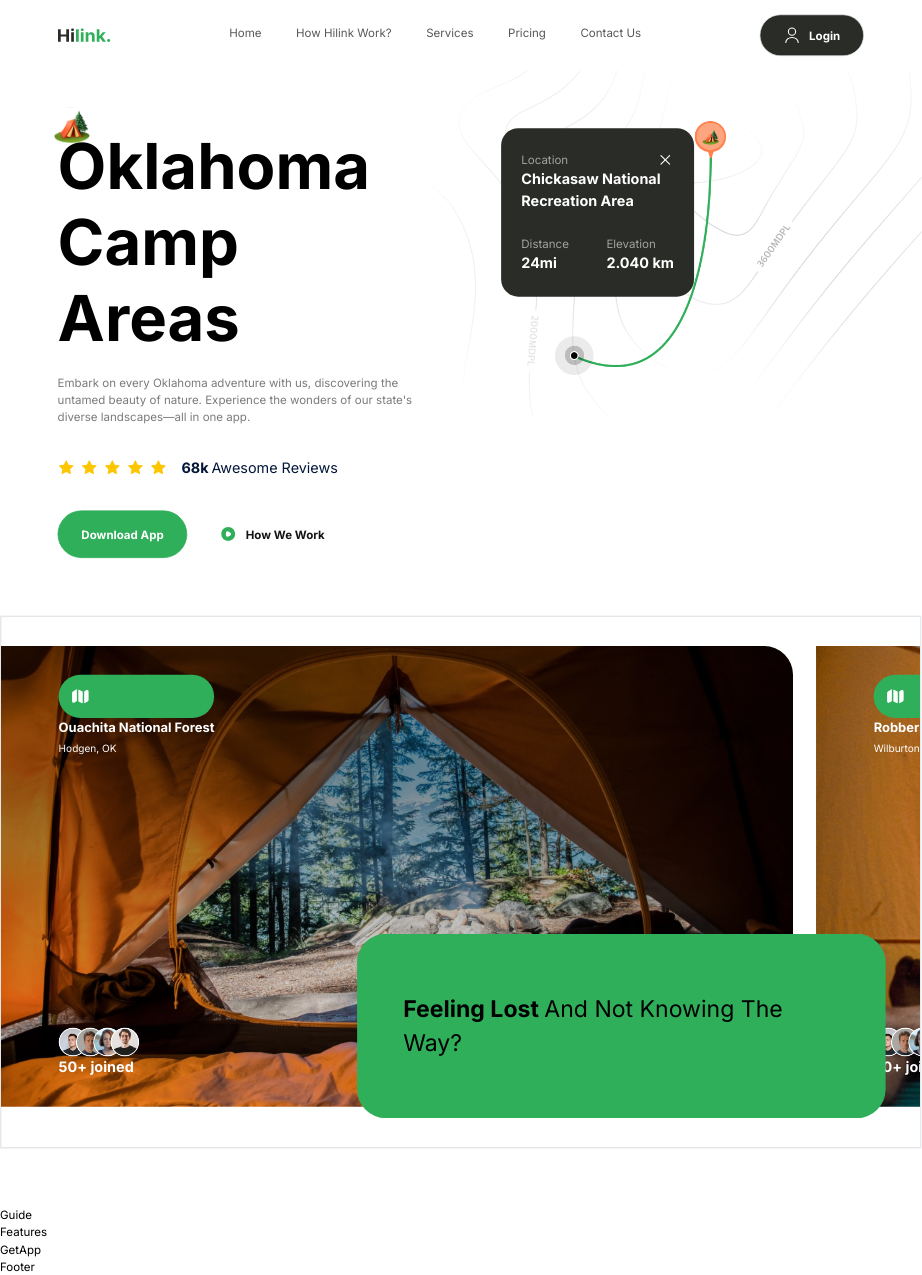
Repository: MikeeBuilds/camp
Page: /
An editor plug-in stored every save of this project. The page is shown before and after the next save, followed by the edit.
The browser window is 1280 px wide. The pictures show the whole page, at 72% of full size.
The project was rebuilt for these pictures with package versions that can differ from the ones it lists, and the page was loaded fresh each time. The framework's server and built-in components were replaced by stand-ins that run in the browser. Also part of the build but not shown: next.config.js.

Above is the page before, as saved 2023-11-24 22:23:35.

### app/layout.tsx
import type { Metadata } from 'next'

import './globals.css'
import Navbar from '@/components/Navbar'
import Footer from '@/components/Footer'


export const metadata: Metadata = {
  title: 'Travel',
  description: 'Travel UI/UX App for camping',
}

export default function RootLayout({
  children,
}: {
  children: React.ReactNode
}) {
  return (
    <html lang="en">
      <body className="">
        <Navbar/>
        <main className='relative overflow-hidden'>
        {children}
        </main>
        <Footer/>
      </body>
    </html>
  )
}

### app/page.tsx
import Camp from "@/components/Camp";
import Features from "@/components/Features";
import GetApp from "@/components/GetApp";
import Guide from "@/components/Guide";
import Hero from "@/components/Hero";

export default function Home() {
  return (
    <>
      <Hero/>
      <Camp/>
      <Guide/>
      <Features/>
      <GetApp/>
    </>
  )
}

### components/Navbar.tsx
import { NAV_LINKS } from '@/constants'
import Image from 'next/image'
import Link from 'next/link'
import Button from './Button'

const Navbar = () => {
    return (
        <nav className="flexBetween max-container padding-container relative z-30 py-5">
            <Link href="/">
                <Image src="/hilink-logo.svg" alt="logo" width={74} height={29} />
            </Link>

            <ul className="hidden h-full gap-12 lg:flex">
                {NAV_LINKS.map((link) => (
                    <Link href={link.href} key={link.key} className="regular-16 text-gray-50 flexCenter cursor-pointer pb-1.5 transition-all hover:font-bold">
                        {link.label}
                    </Link>
                ))}
            </ul>

            <div className='lg:flexCenter hidden'>
                <Button
                    type="button"
                    title="Login"
                    icon="/user.svg"
                    variant="btn_dark_green"
                />
            </div>

            <Image
                src="menu.svg"
                alt='menu'
                width={32}
                height={32}
                className='inline-block cursor-pointer lg:hidden'
            />
        </nav>
    )
}

export default Navbar

### components/Camp.tsx
import { PEOPLE_URL } from "@/constants";
import Image from "next/image";

interface CampProps {
  backgroundImage:string;
  title: string;
  subtitle: string;
  peopleJoined: string
}


const CampSite = ({ backgroundImage, title, subtitle, peopleJoined }: CampProps) => {
  return (
    <div className={`h-full w-full min-w-[1100px] ${backgroundImage} bg-cover bg-no-repeat lg:rounded-r-5xl 2xl:rounded-5xl`}>
      <div className="flex h-full flex-col items-start justify-between p-6 lg:px-20 lg:py-10">
        <div className="flex-center gap-4">
          <div className="rounded-full bg-green-50 p-4">
            <Image
              src="/folded-map.svg"
              alt="map"
              width={28}
              height={28}
            />
          </div>
          <div className="flex flex-col gap-1">
            <h4 className="bold-18 text-white">
              {title}
            </h4>
            <p className="regular-14 text-white">
              {subtitle}
            </p>
          </div>
        </div>
        <div className="flex-center gap-6">
          <span className="flex -space-x-4 overflow-hidden">
            {PEOPLE_URL.map((url) => (
              <Image
                src={url}
                key={url}
                alt="person"
                width={52}
                height={52}
                className="inline-block h-10 w-10 rounded-full"
              />
            ))}
          </span>
          <p className="bold-16 md:bold-20 text-white">{peopleJoined}</p>
        </div>
      </div>
    </div>
  )
};


const Camp = () => {
  return (
    <section className='border-2 2xl:max-container
    relative flex flex-col py-10 lg:mb-20 xl:mb-20'>
      <div className='hide-scrollbar flex h-[340px] w-full items-start
      justify-start gap-8 overflow-x-auto lg:h-[400px] xl:h-[640px]'>
        <CampSite
          backgroundImage="bg-bg-img-1"
          title="Ouachita National Forest"
          subtitle="Hodgen, OK"
          peopleJoined="50+ joined"
        />
        <CampSite
          backgroundImage="bg-bg-img-2"
          title="Robbers Cave State Park"
          subtitle="Wilburton, OK"
          peopleJoined="50+ joined"
        />
      </div>

      <div className="flexEnd mt-10 px-6 lg:-mt-60 lg:mr-6">
        <div className="bg-green-50 p-8 lg:max-w-[500px] xl:max-w-[734px] xl:rounded-5xl xl:px-16 xl:py-20 relative w-full overflow-hidden rounded-3xl">
          <h2 className="regular-24 md:regular-32 2xl:regular-64 capitalize">
            <strong>Feeling Lost </strong>
            And Not Knowing The Way?
          </h2>
        </div>
      </div>
    </section>
  )
}

export default Camp

### components/Hero.tsx
import Image from 'next/image';
import React from 'react';
import Button from "./Button";

const Hero = () => {
  return (
    <section className=' max-container padding-container flex flex-col gap-20 py-10 pb-32 md:gap-28 lg:py-20 xl:flex-row'>
      <div className='hero-map' />

      {/* LEFT SIDE */}

      <div className='relative z-20 flex flex-1 flex-col xl:w-1/2'>
        <Image
          src="/camp.svg"
          alt='camp'
          height={50}
          width={50}
          className='absolute left-[-5px] top-[-30px] w-10 lg:w-[50px]'
        />

        <h1 className='bold-52 lg:bold-88'>
          Oklahoma Camp Areas
        </h1>
        <p className='regular-16 mt-6 text-gray-30 xl:max-w-[520px]'>
          Embark on every Oklahoma adventure with us, discovering the untamed beauty of nature.
          Experience the wonders of our state's diverse landscapes—all in one app.
        </p>
        <div className='my-11 flex flex-wrap gap-5'>
            <div className='flex items-center gap-2'>
              {Array(5).fill(1).map((_, index) => (
                <Image
                  src="/star.svg"
                  key={index}
                  alt='star'
                  height={24}
                  width={24}
                />
              ))}
            </div>

            <p className='bold-16 lg:bold-20 text-blue-70'>
              68k
              <span className='regular-16 lg:regular-20 ml-1'>Awesome Reviews</span>
            </p>
        </div>

        <div className='flex flex-col w-full gap-3 sm:flex-row'>
          <Button
            type='button'
            title='Download App'
            variant='btn_green'
          />
          <Button
          type='button'
          title='How We Work'
          icon='/play.svg'
          variant='btn_white_text'
        />
        </div>
      </div>

      <div className='relative flex flex-1 items-start'>
          <div className='relative z-20 flex w-[268px] flex-col gap-8 rounded-3xl bg-green-90 px-7 py-8'>


            <div className='flex flex-col'>
              <div className='flexBetween'>
                <p className='regu;ar-16 text-gray-20'>
                  Location
                </p>
                <Image
                  src="/close.svg"
                  alt='logo'
                  width={24}
                  height={24}
                />
              </div>
              <p className='bold-20 text-white'>Chickasaw National Recreation Area</p>
                </div>

              <div className='flexBetween'>
                <div className='flex flex-col'>
                  <p className='regular-16 block text-gray-20'>Distance</p>
                  <p className='bold-20 text-white'>24mi</p>
                </div>
                <div className='flex flex-col'>
                  <p className='regular-16 block text-gray-20'>Elevation</p>
                  <p className='bold-20 text-white'>2.040 km</p>
                </div>
              </div>
            </div>
          </div>
    </section>
  )
}

export default Hero

### components/Button.tsx
import Image from "next/image";

type ButtonProps = {
    type: 'button' | "submit";
    title: string;
    icon?: string;
    variant: 'btn_dark_green'
}


const button = ({ type, title, icon, variant}: ButtonProps) => {
  return (
    <button
        className={`flexCenter gap-3 rounded-full border ${variant}`}
        type={type}
    >
        {icon && <Image src={icon} alt={title} width={24} height={24}/>}
        <label className="bold-16 whitespace-nowrap">{title}</label>
    </button>
  )
}

export default button

Loaded but not shown: app/globals.css (common file); components/Footer.tsx (common file); components/Features.tsx (common file); components/GetApp.tsx (common file); components/Guide.tsx (common file); constants/index.ts (common file); tailwind.config.ts (common file)

After the next save:
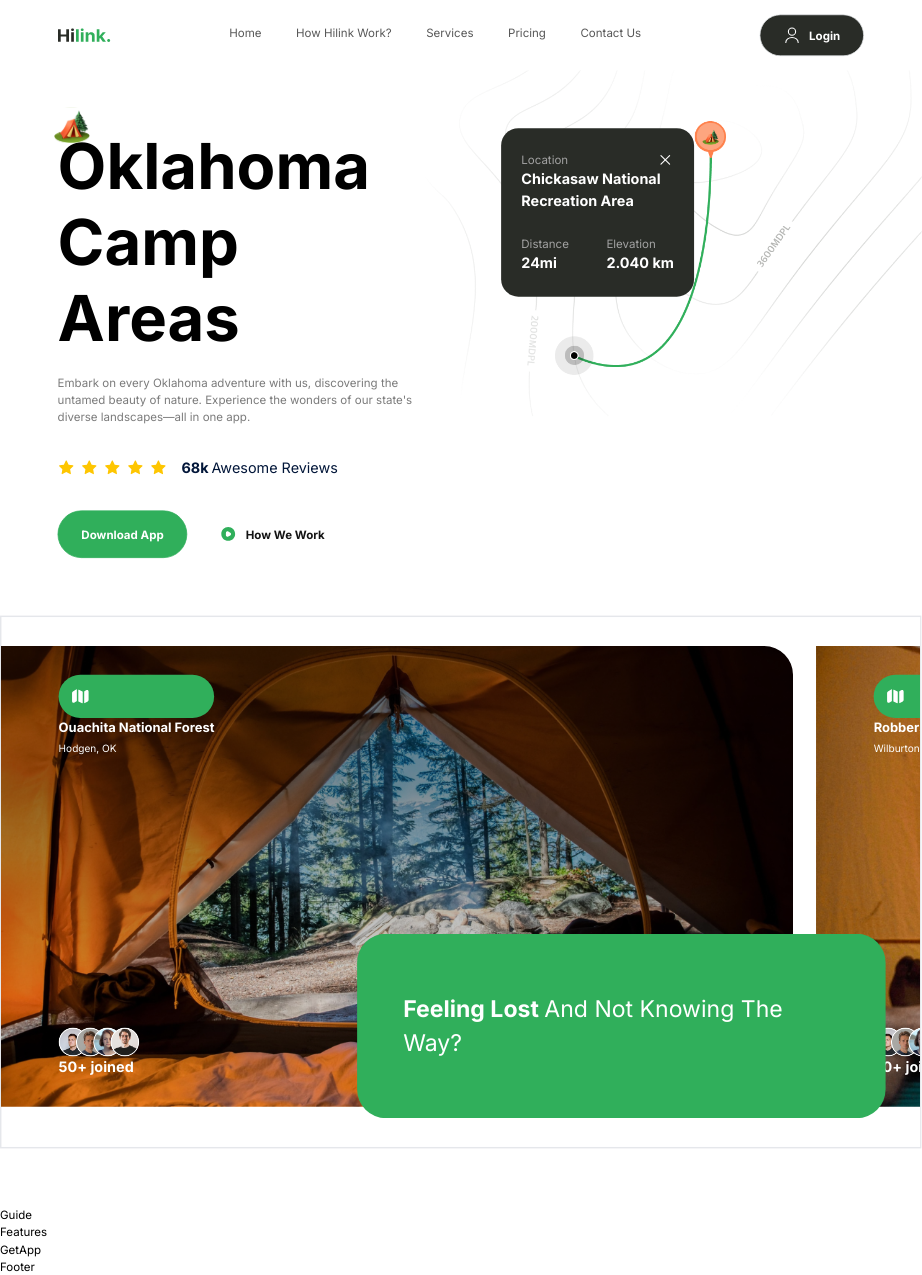
Saved 14 s later.
--- a/components/Camp.tsx
+++ b/components/Camp.tsx
@@ -74,7 +74,7 @@ const Camp = () => {
 
       <div className="flexEnd mt-10 px-6 lg:-mt-60 lg:mr-6">
         <div className="bg-green-50 p-8 lg:max-w-[500px] xl:max-w-[734px] xl:rounded-5xl xl:px-16 xl:py-20 relative w-full overflow-hidden rounded-3xl">
-          <h2 className="regular-24 md:regular-32 2xl:regular-64 capitalize">
+          <h2 className="regular-24 md:regular-32 2xl:regular-64 capitalize text-white">
             <strong>Feeling Lost </strong>
             And Not Knowing The Way?
           </h2>
